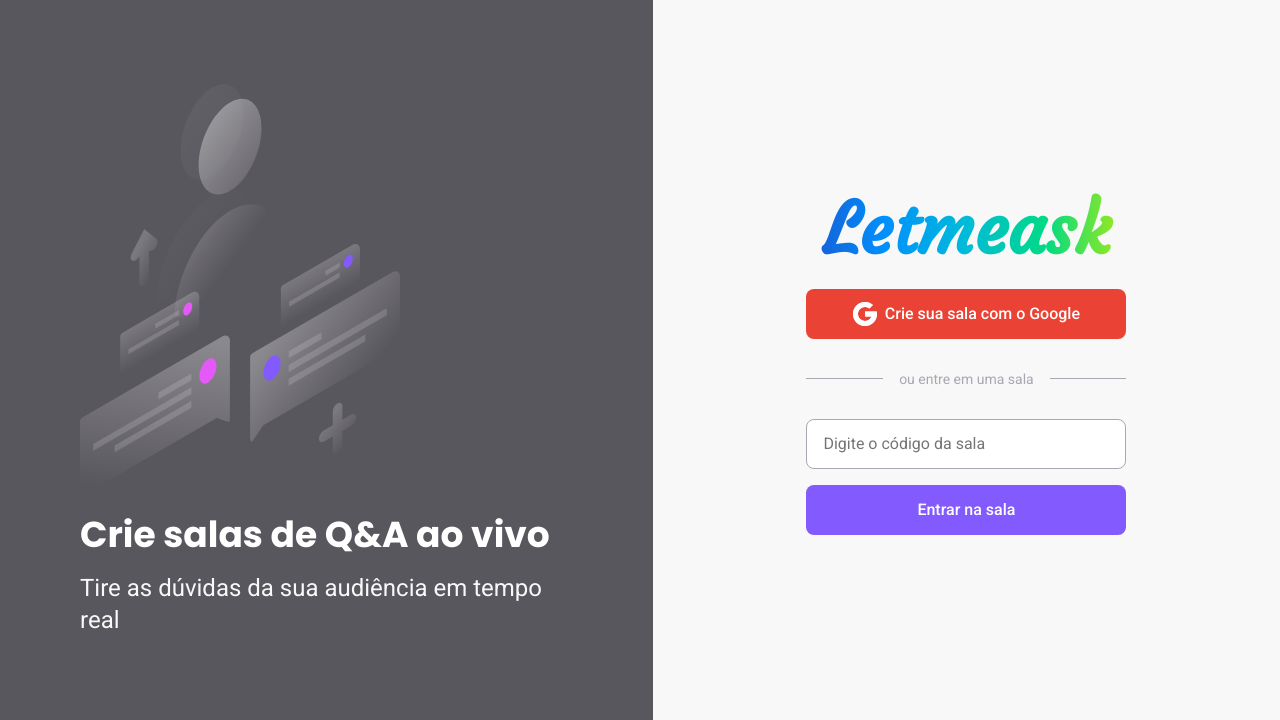
Repository: joaovnogueira/letmeask
Page: /
These files come from the project's save history. The page is drawn as it stood at one moment and after the next save; the edit follows.
The browser window is 1280 px wide. The pictures show the whole page.
The project was rebuilt for these pictures with package versions that can differ from the ones it lists, and the page was loaded fresh each time. A package was used in the major version that the imports need, not the one package.json lists. Also part of the build but not shown: src/pages/NewRoom.tsx, src/components/Question.tsx, src/styles/room-code.scss, src/components/RoomCode.tsx, src/hooks/useRoom.tsx, src/styles/rooms.scss, src/pages/AdminRoom.tsx. Imported but missing from the stored project, and not drawn on this page: src/pages/Room.

Above is the page before, as saved 2022-03-12 15:20:58.

After the next save:
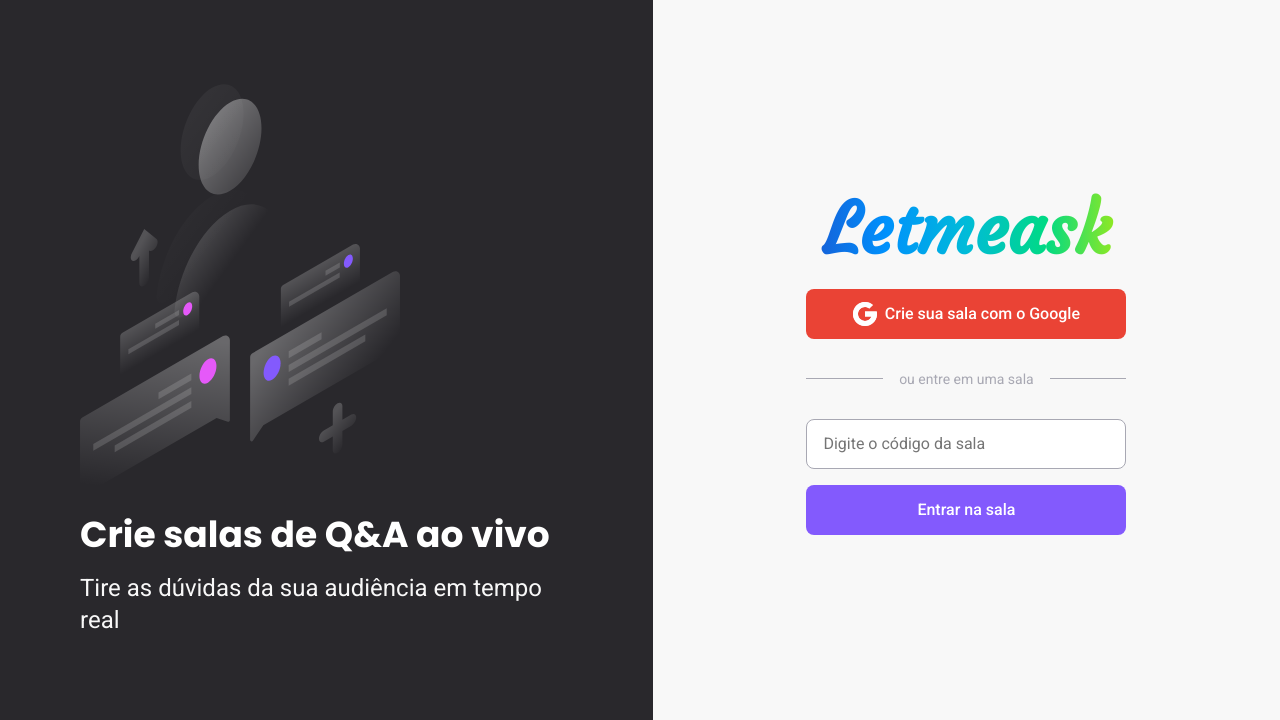
Saved 4 s later.
--- a/src/styles/auth.scss
+++ b/src/styles/auth.scss
@@ -9,7 +9,7 @@
 
     aside{
         flex: 7;
-        background: #59575e;
+        background: #29282c;
         color: #fff;
 
         display: flex;
